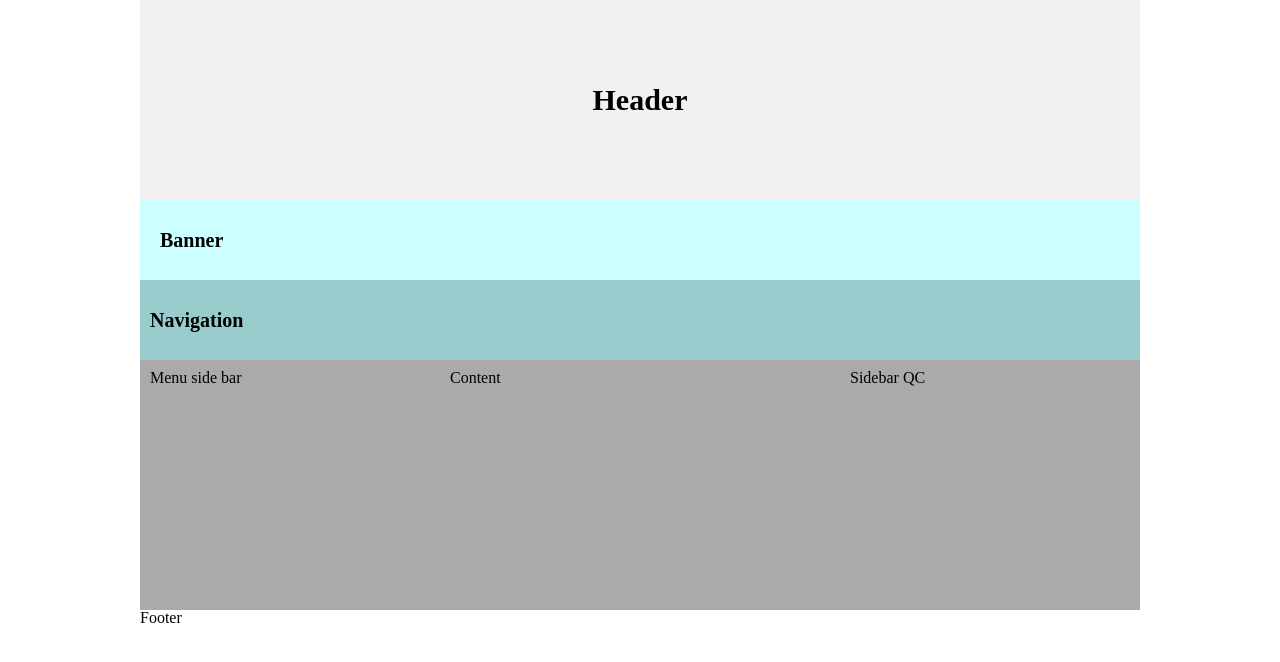
Repository: Tan-Khang21/TH_TKW--Buoi_06
Page: Bai_Tap_Tren_lop/Bai_03/LayoutCSS3.html
The author's editor kept a copy of each file at every save. The page is drawn from the files as they stood at one save, then again after the next save.
The browser window is 1280 px wide. The pictures show the whole page.

Above is the page before, as saved 2024-03-11 21:04:31.

After the next save:
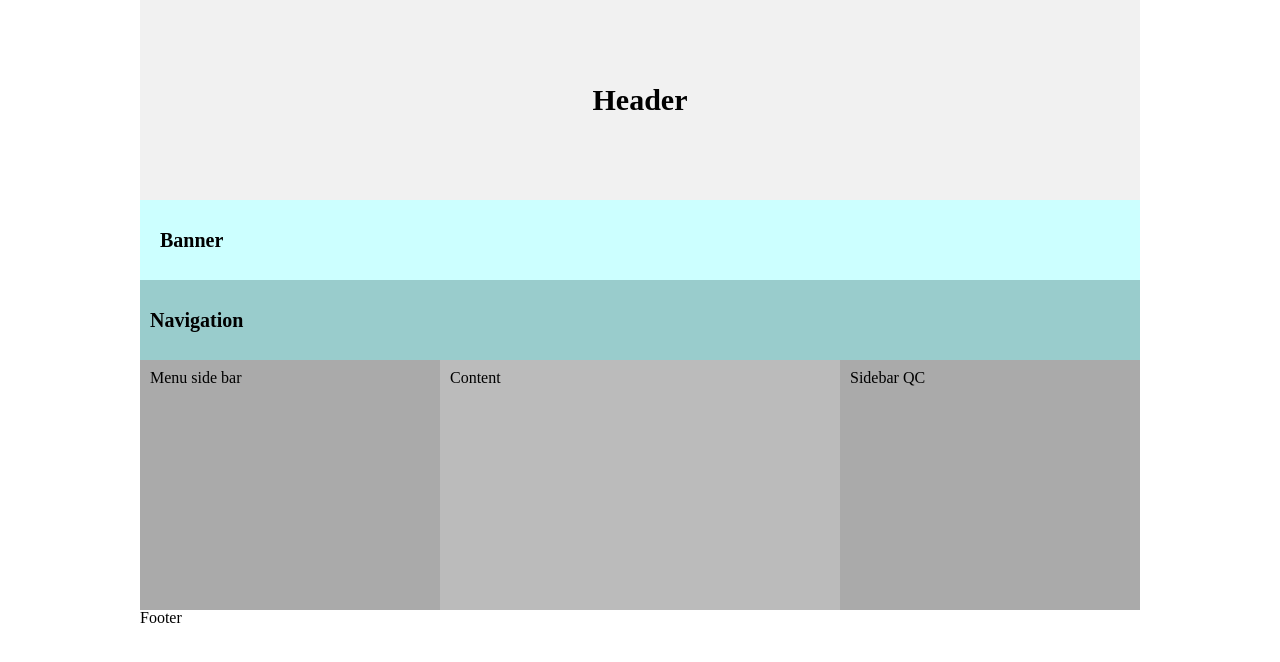
Saved 13 s later.
--- a/Bai_Tap_Tren_lop/Bai_03/style.css
+++ b/Bai_Tap_Tren_lop/Bai_03/style.css
@@ -50,7 +50,7 @@ body {
 .box_content {
   width: 400px;
   height: 250px;
-  background-color: #aaaaaa;
+  background-color: #bbbbbb;
   padding: 10px;
 }
 .box_siderbar {
